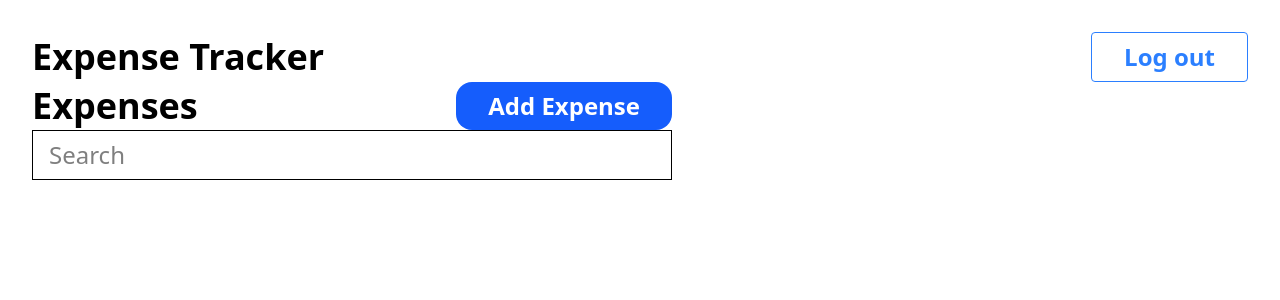
Repository: Syed-Mohsin-Ali786/frontend-expense-tracker
Page: /
An editor plug-in stored every save of this project. The page is shown before and after the next save, followed by the edit.
The browser window is 1280 px wide. The pictures show the whole page.
The project was rebuilt for these pictures with package versions that can differ from the ones it lists, and the page was loaded fresh each time.

Above is the page before, as saved 2025-09-28 14:09:42.

After the next save:
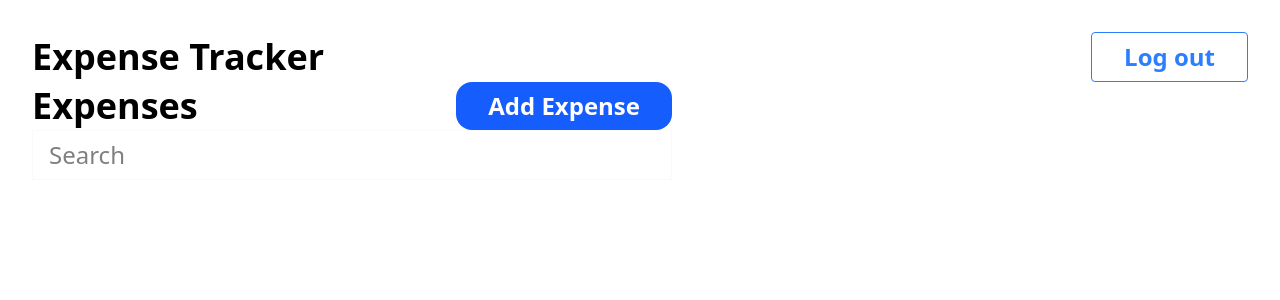
Saved 11 s later.
--- a/src/App.tsx
+++ b/src/App.tsx
@@ -21,7 +21,7 @@ function App() {
             Add Expense
           </button>
           </div>
-          <input type="text" placeholder="Search"  className="py-2 px-4 text-2xl border"/>
+          <input type="text" placeholder="Search"  className="py-2 px-4 text-2xl border-gray-50 border"/>
         </div>
         {/* Charts */}
         <div></div>
